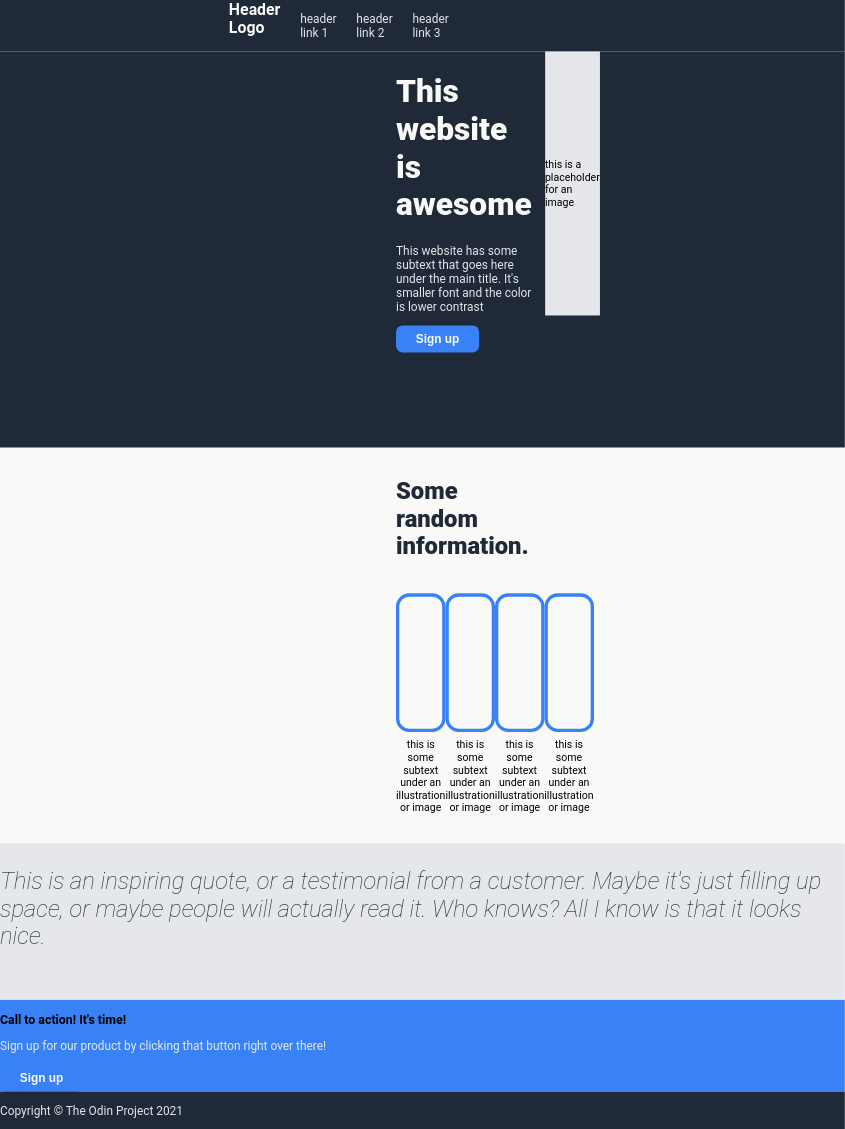
Repository: rsoetydev/landing-page
Page: index.html
The author's editor kept a copy of each file at every save. The page is drawn from the files as they stood at one save, then again after the next save.
The browser window is 1280 px wide. The pictures show the whole page, at 66% of full size.

Above is the page before, as saved 2023-11-28 10:31:59.

### index.html
<!DOCTYPE html>
<html lang="en">
<head>
    <meta charset="UTF-8">
    <meta name="viewport" content="width=device-width, initial-scale=1.0">
    <title>Landing Page</title>
    <link rel="stylesheet" href="style.css">
</head>
<body>
    <div class="header">
        <h2 class="header-logo">Header Logo</h2>
        <p class="link-1">header link 1 </p>
        <p class="link-2">header link 2</p>
        <p class="link-3"> header link 3</p>
    </div>

    <div class="hero">
        <div class="hero-text">
            <h1 class="hero-title">This website is awesome</h1>
            <p class="hero-subtext">This website has some subtext that goes here under the main title. It's smaller font and the color is lower contrast</p>
            <button class="sign-up">Sign up</button>
        </div>
        <div class="hero-image-cont">
            this is a placeholder for an image
        </div>
    </div>

    <div class="info">
        <h2 class="info-title">Some random information.</h2>
        <div class="item-cont">
            <div class="item">
                <div class="item-pic"></div>
                <div class="item-text">this is some subtext under an illustration or image</div>
            </div>
            <div class="item">
                <div class="item-pic"></div>
                <div class="item-text">this is some subtext under an illustration or image</div>
            </div>
            <div class="item">
                <div class="item-pic"></div>
                <div class="item-text">this is some subtext under an illustration or image</div>
            </div>
            <div class="item">
                <div class="item-pic"></div>
                <div class="item-text">this is some subtext under an illustration or image</div>
            </div>
        </div>
    </div>

    <div class="quote">
        <p class="quote-text">
            This is an inspiring quote, or a testimonial from a customer. Maybe it's just filling up space, or maybe people will actually read it. Who knows? All I know is that it looks nice.
        </p>
        <p class="quote-author">-Thor, God of Thunder</p>
    </div>

    <div class="c2a">
        <div class="c2a-sub">
            <div class="c2a-text-container">
                <h3>Call to action! It's time!</h3>
                <p class="c2a-text">Sign up for our product by clicking that button right over there!</p>
            </div>
            <button class="c2a-sign-up">Sign up</button>
        </div>
    </div>

    <div class="footer">
        <p class="copyright">Copyright © The Odin Project 2021</p>
    </div>

</body>
</html>

### style.css


:root {
    --dark: #1F2937;
    --gray: #E5E7EB;
    --white: #F9FAF8;
    --blue: #3882F6;

    font-family: 'Roboto', arial;
}

body{
    background-color:var(--white);
    padding: 0;
    margin: 0;
    display: flex;
    flex-direction: column;
}

h1{
    font-size:48px;
    font-weight:900;
    color: var(--white);
}

p{
    color: var(--gray);
    font-size: 18px;
}

h2{
    color: var(--white);
    font-size: 24px;
    font: weight 600px;
    padding:0px;
    margin: 0px;
}

.info-title {
    font-size: 36px;
    color:var(--dark);
    font-weight: 900;
}

.quote-text {
    font-size: 36px;
    font-style: italic;
    font-weight: 200;
    color:var(--dark);
}

button{
    background-color: var(--blue);
    color:var(--white);
    font-size: 18px;
    font-weight: 600;
    padding: 10px 30px;
    border: none;
    border-radius: 10px;
}

.header{
    display:flex;
    background-color: var(--dark);
    justify-content: flex-end;
    gap:30px;
    padding: 0px 600px;
}

.header-logo{
    flex: 1;
}

.hero{
    display:flex;
    background-color: var(--dark);
    padding: 0px 600px;
    height: 600px;
    justify-content:space-between;
    gap: 20px;
}

.hero-image-cont{
    background-color:var(--gray);
    display:flex;
    justify-content: center;
    align-items: center;
    width: 800px;
    height: 400px;
}

.info-title{
    text-align: center;
    padding: 0 0 50px 0;
}

.info{
    display: flex;
    flex-direction: column;
    justify-content: center;
    height: 600px;
    padding: 0 600px;
}

.item-cont{
    display:flex;
    justify-content: space-evenly;
}

.item{
    display:flex;
    flex-direction: column;
    width: 200px;
    gap: 10px;
}

.item-pic{
    height:200px;
    flex-grow: 1;
    border-style: solid;
    border-color: var(--blue);
    border-radius: 20px;
    border-width: 5px;
}

.item-text{
    text-align: center;
}

.quote{
    background-color: var(--gray);
    height 300px;

}

.c2a{
    background-color: var(--blue);
}

.footer{
    background-color: var(--dark);
}

After the next save:
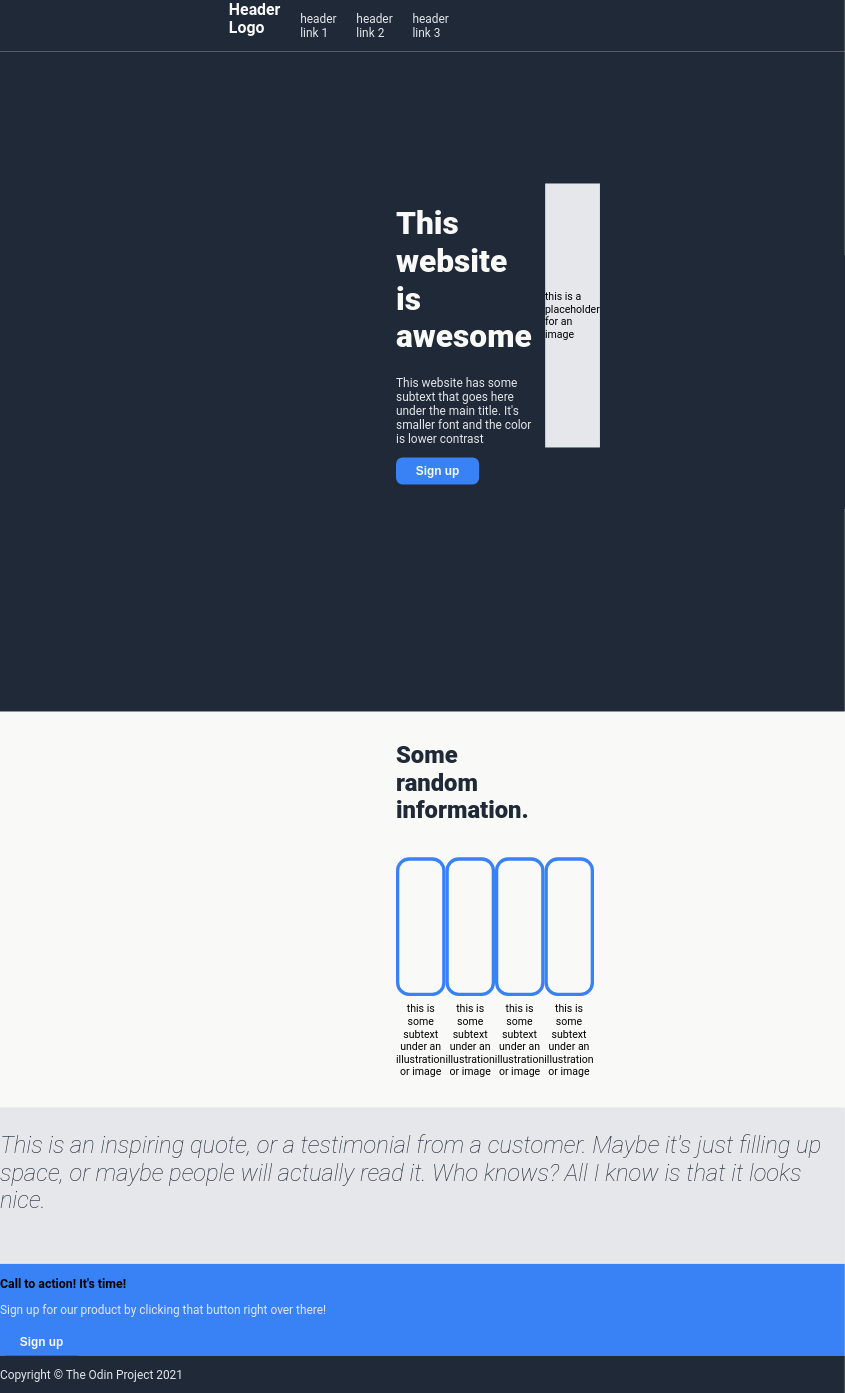
Saved 14 s later.
--- a/style.css
+++ b/style.css
@@ -74,7 +74,7 @@ button{
 .hero{
     display:flex;
     background-color: var(--dark);
-    padding: 0px 600px;
+    padding: 200px 600px;
     height: 600px;
     justify-content:space-between;
     gap: 20px;
